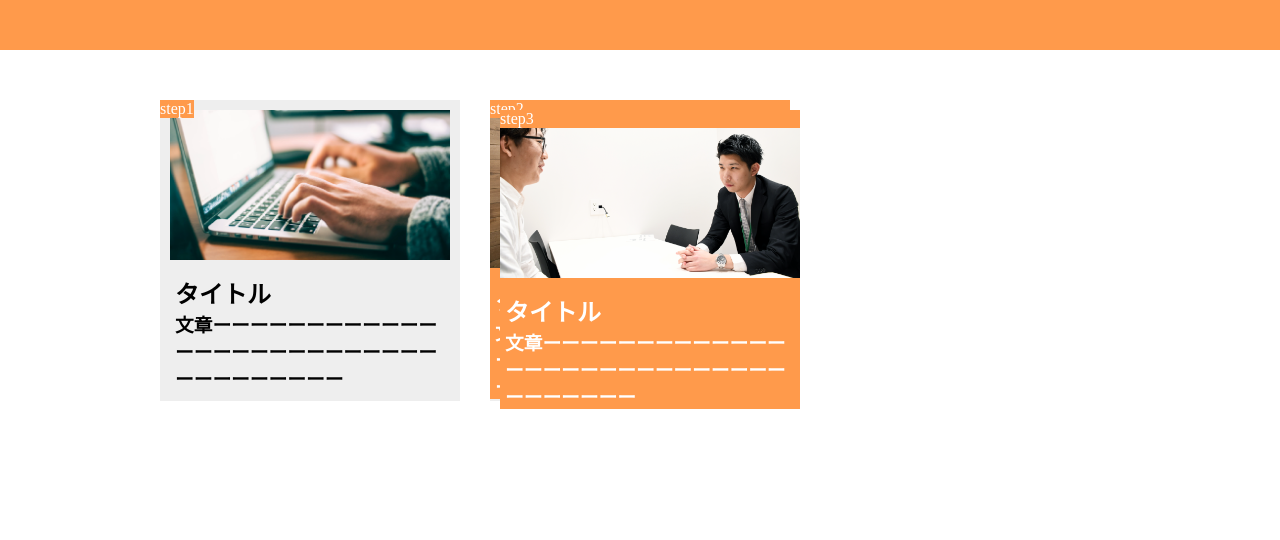
Repository: yuu3176/theme1
Page: 1-9-2/1-9-2.html
The author's editor kept a record of every edit. The page is drawn from the files as they stood at one moment, then again after the next edit.
The browser window is 1280 px wide. The pictures show the whole page.

Above is the page before.

### 1-9-2/1-9-2.html
<!DOCTYPE html>
<html lang="ja">
  <head>
    <meta charset="utf-8">
    <link rel="stylesheet" href="1-9-2.css">
    <title>1-9-2</title>
  </head>

  <body>
    <header></header>
    <main>
      <div class="box">
        <div class="box-step">
          <p>step1</p>
        </div>
        <div class="box-image1"></div>
        <section class="box-text">
          <h2>タイトル</h2>
          <h3>文章ーーーーーーーーーーーーーーーーーーーーーーーーーーーーーーーーーーー</h3>
        </section>
      </div>
      <div class="box">
        <div class="box-step">
          <p>step2</p>
        <div class="box-image2"></div>
        <section class="box-text">
          <h2>タイトル</h2>
          <h3>文章ーーーーーーーーーーーーーーーーーーーーーーーーーーーーーーーーーーー</h3>
        </section>
      </div>
      <div class="box">
        <div class="box-step">
          <p>step3</p>
        <div class="box-image3"></div>
        <section class="box-text">
          <h2>タイトル</h2>
          <h3>文章ーーーーーーーーーーーーーーーーーーーーーーーーーーーーーーーーーーー</h3>
        </section>
      </div>
    </main>
  </body>
</html>

### 1-9-2/1-9-2.css
*{
  margin: 0;
  padding: 0;
  box-sizing: border-box;
}

header{
  height: 50px;
  background-color: #ff9a4b;
}

main{
  width: 960px;
  margin: 50px auto;
  display: flex;
}

.box{
  width: 300px;
  margin-right: 30px;
  padding: 10px;
  position: relative;
  background-color: #eeeeee;
}

.box:last-child{
  margin-right: 0;
}

.box-step{
  position: absolute;
  top: 0;
  left: 0;
  background-color: #ff9a4b;
  color: #fff;
}

.box-image1{
  height: 150px;
  background-image: url(img/flow01.png);
  background-position: bottom;
  background-size: cover;
}

.box-image2{
  height: 150px;
  background-image: url(img/flow02.png);
  background-position: bottom;
  background-size: cover;
}

.box-image3{
  height: 150px;
  background-image: url(img/flow03.png);
  background-position: bottom;
  background-size: cover;
}

.box-text{
  margin: 15px 0 0 5px;
}

footer{
  height: 50px;
  background-color: #aaaaaa;
}

@media screen and (max-width:768px){
  header{
    width: 100%;
  }

  main{
    width: 100%;
    margin: 50px auto;
    display: block;
  }

  .box{
    width: 90%;
    margin-bottom: 20px;
    margin-left: 5%;
    margin-right: 5%;
  }

  .box:last-child{
    margin-bottom: 0;
  }

  .box-image1 .box-image2 .box-image3{
    height: 150px;
  }

  footer{
    width: 100%;
  }
}

After the next edit:
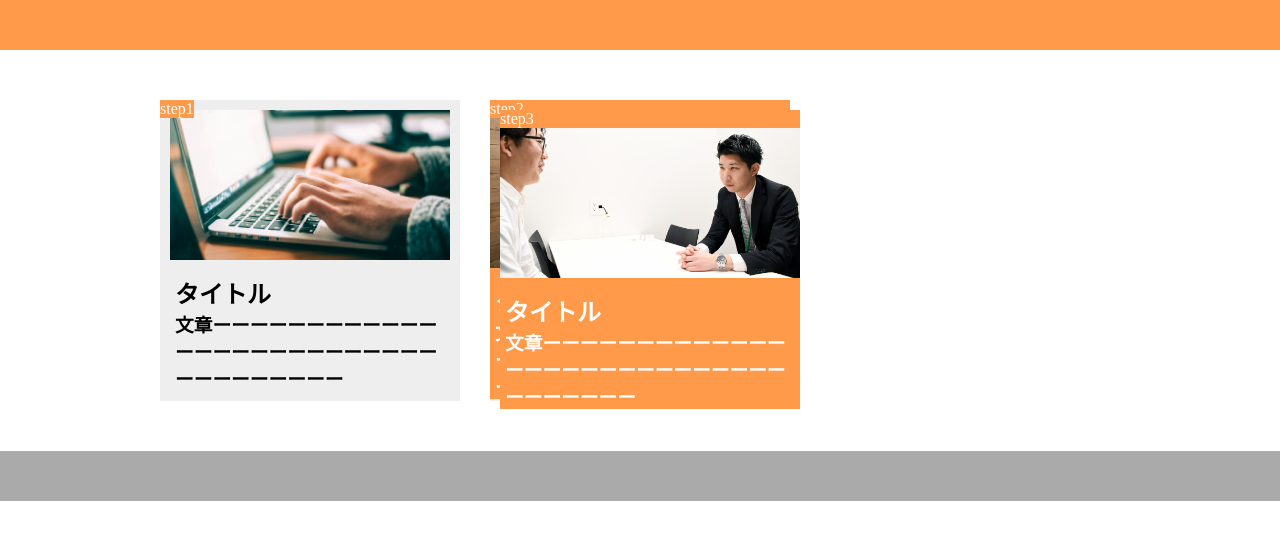
The edit:
--- a/1-9-2/1-9-2.html
+++ b/1-9-2/1-9-2.html
@@ -38,5 +38,6 @@
         </section>
       </div>
     </main>
+    <footer></footer>
   </body>
 </html>
